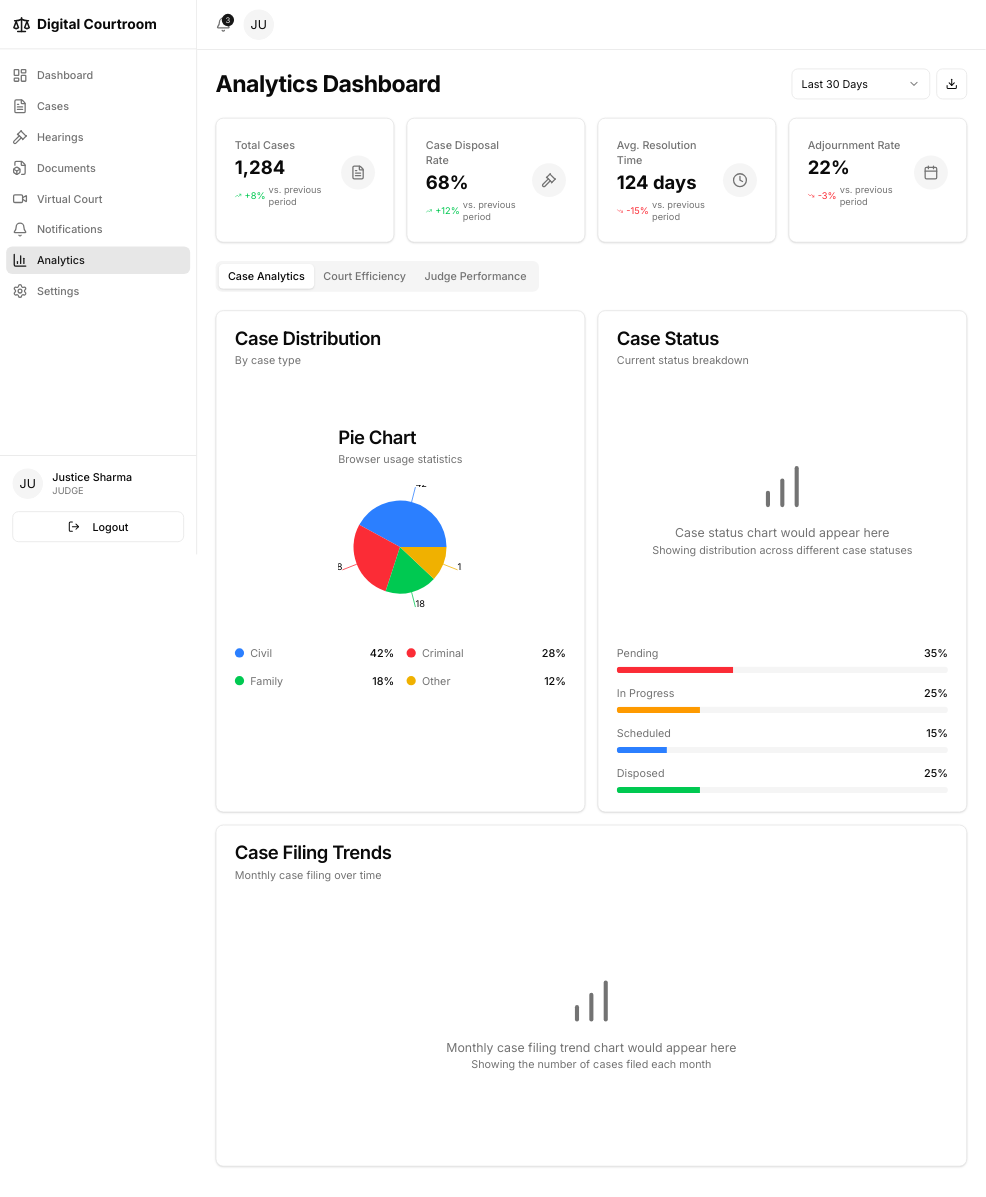
Repository: n0tank3sh/digicourt
Page: /analytics (app in frontend/)
These files come from the project's save history. The page is drawn as it stood at one moment and after a run of saves; the edit follows.
The browser window is 1280 px wide. The pictures show the whole page, at 77% of full size.
The project was rebuilt for these pictures with package versions that can differ from the ones it lists, and the page was loaded fresh each time. The framework's server and built-in components were replaced by stand-ins that run in the browser. Also part of the build but not shown: frontend/next.config.ts.

Above is the page before, as saved 2025-03-26 22:03:25.

After the next 2 saves:
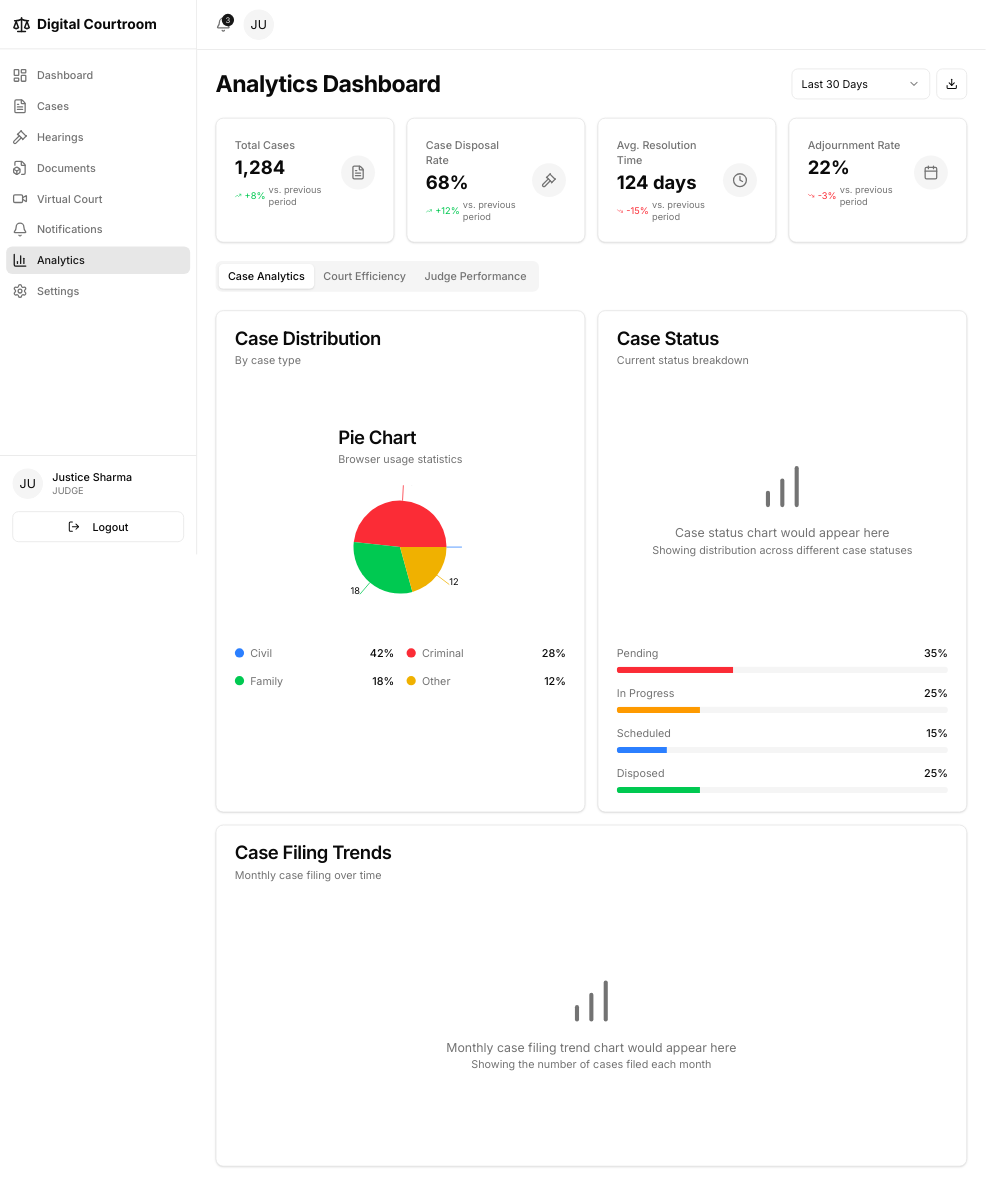
The 2 saves are shown as one change because they came seconds apart.
The last was saved 35 s later.
--- a/frontend/src/components/ui/piechart.tsx
+++ b/frontend/src/components/ui/piechart.tsx
@@ -16,7 +16,7 @@
     ChartTooltipContent,
 } from "@/components/ui/chart"
 const chartData = [
-    { browser: "Civil", visitors: 42, fill: "var(--color-blue-500)" },
+    { browser: "Civil", visitors: "42%", fill: "var(--color-blue-500)" },
     { browser: "Criminal", visitors: 28, fill: "var(--color-red-500)" },
     { browser: "Family", visitors: 18, fill: "var(--color-green-500)" },
     { browser: "other", visitors: 12, fill: "var(--color-yellow-500)" },

After the 2 saves that followed:
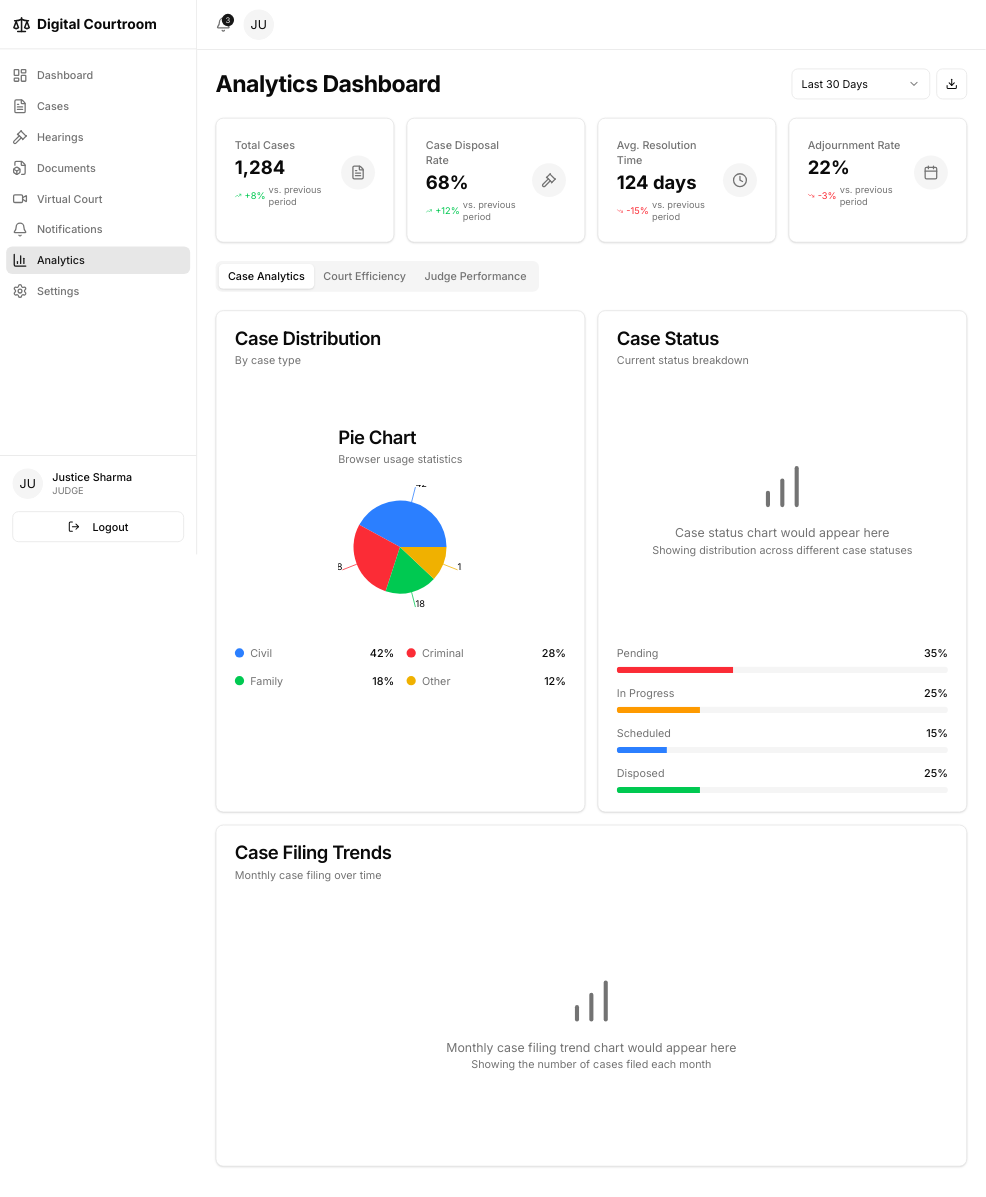
The 2 saves are shown as one change because they came seconds apart.
The last was saved 8 s later.
--- a/frontend/src/components/ui/piechart.tsx
+++ b/frontend/src/components/ui/piechart.tsx
@@ -16,7 +16,7 @@
     ChartTooltipContent,
 } from "@/components/ui/chart"
 const chartData = [
-    { browser: "Civil", visitors: "42%", fill: "var(--color-blue-500)" },
+    { browser: "Civil", visitors: 42, fill: "var(--color-blue-500)" },
     { browser: "Criminal", visitors: 28, fill: "var(--color-red-500)" },
     { browser: "Family", visitors: 18, fill: "var(--color-green-500)" },
     { browser: "other", visitors: 12, fill: "var(--color-yellow-500)" },
